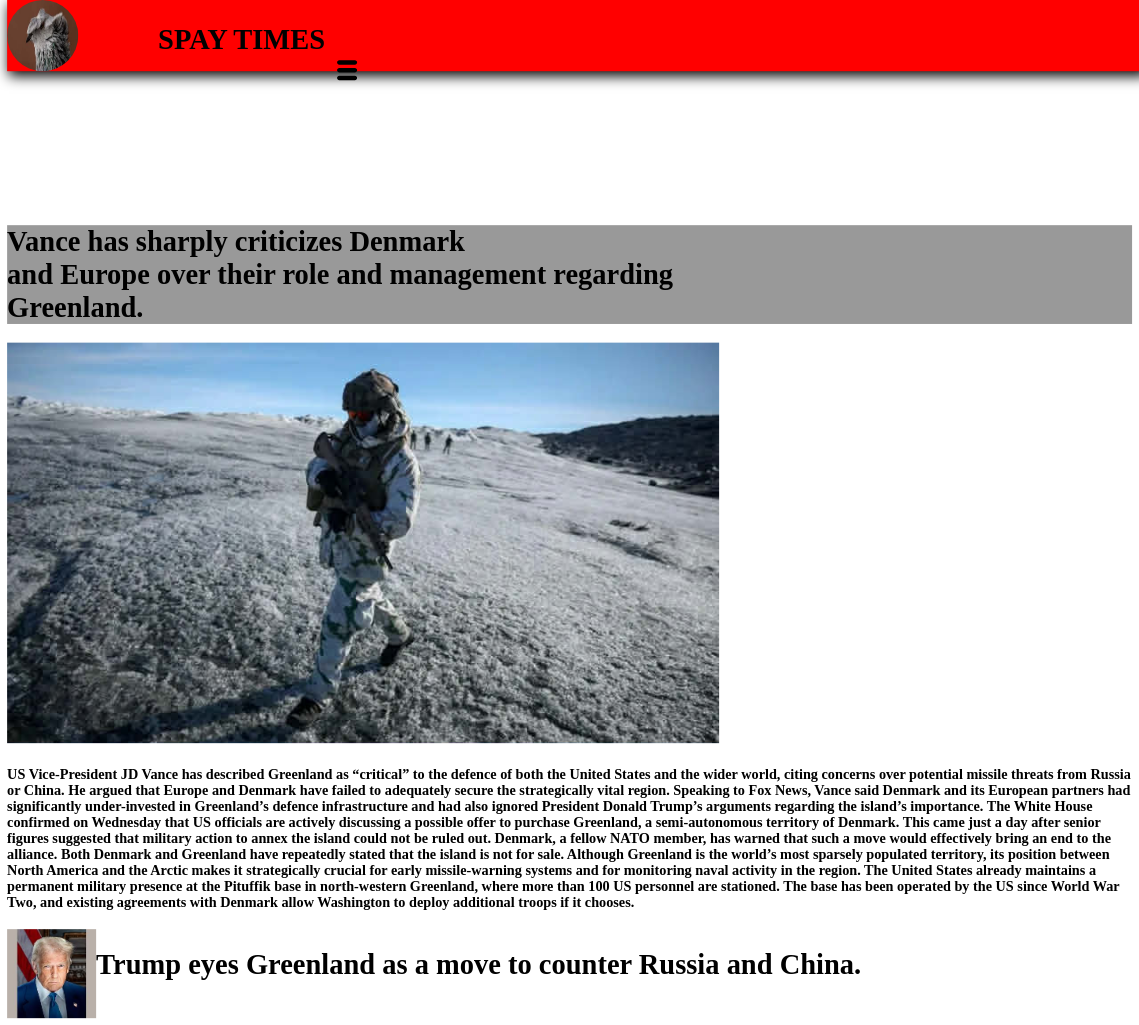
Repository: ridhukhan/spytimes
Page: /
These files come from the project's save history. The page is drawn as it stood at one moment and after the next save; the edit follows.
The browser window is 1280 px wide. The pictures show the whole page, at 89% of full size.
The project was rebuilt for these pictures with package versions that can differ from the ones it lists, and the page was loaded fresh each time. Also part of the build but not shown: vite.config.js, src/nav/Navbar.css, src/components/policy/PrivecyPolicy.jsx, src/components/policy/Terms.jsx.

Above is the page before, as saved 2026-01-10 20:26:01.

After the next save:
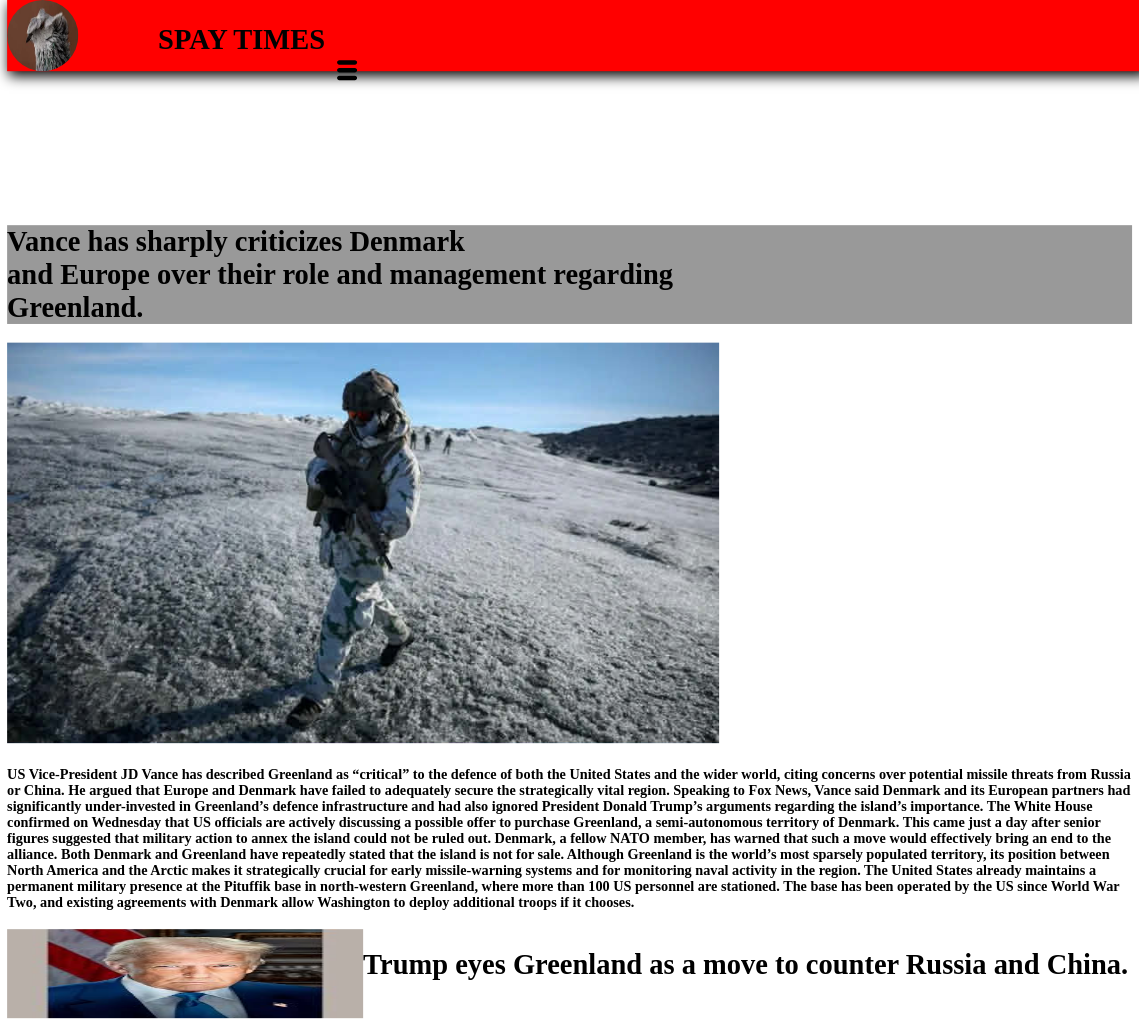
Saved 5 s later.
--- a/src/components/trending/Trending.jsx
+++ b/src/components/trending/Trending.jsx
@@ -4,7 +4,7 @@
   return (
     <div style={{display:"flex"}}>
 
-<img src={donaldtrump} alt="donaldtrump" style={{width:"100px", height:"100px"}}/>
+<img src={donaldtrump} alt="donaldtrump" style={{width:"400px", height:"100px"}}/>
 <h1>Trump eyes Greenland as a move to counter Russia and China.</h1>
     </div>
   )
